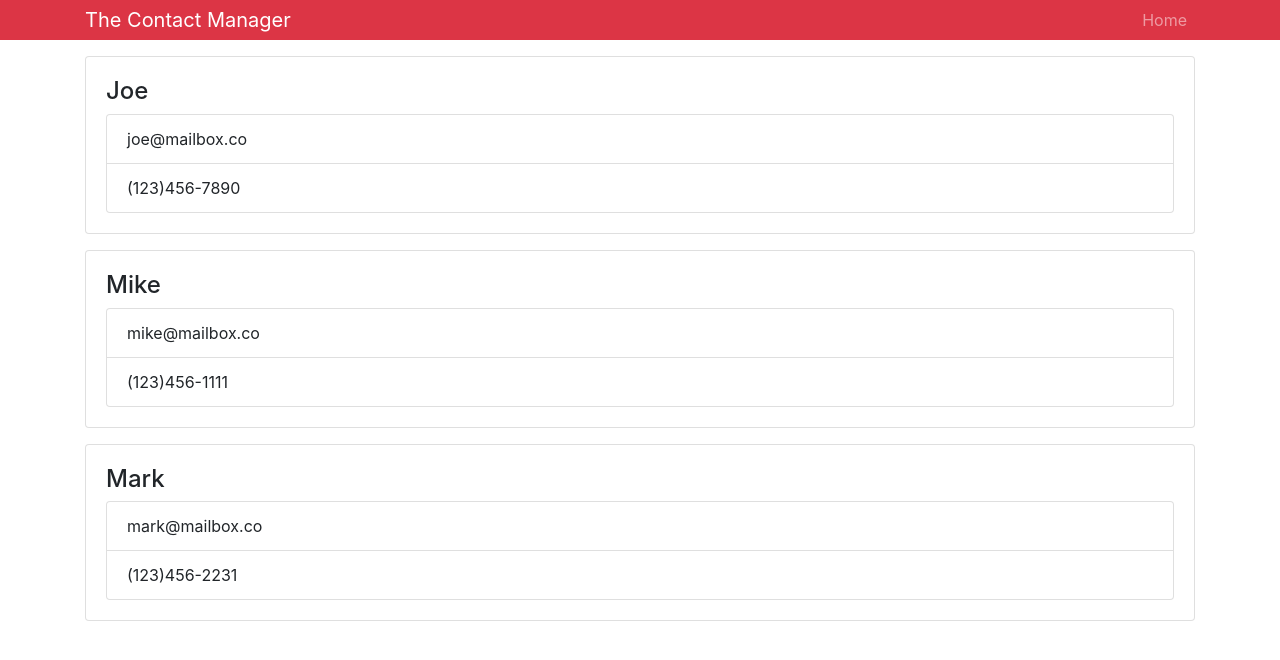
Repository: MikeTroianello/Contact-Manager
Page: /contact/add
These files come from the project's save history. The page is drawn as it stood at one moment and after the next save; the edit follows.
The browser window is 1280 px wide. The pictures show the whole page.
The project was rebuilt for these pictures with package versions that can differ from the ones it lists, and the page was loaded fresh each time. Also part of the build but not shown: src/App.css.

Above is the page before, as saved 2019-05-19 12:27:24.

After the next save:
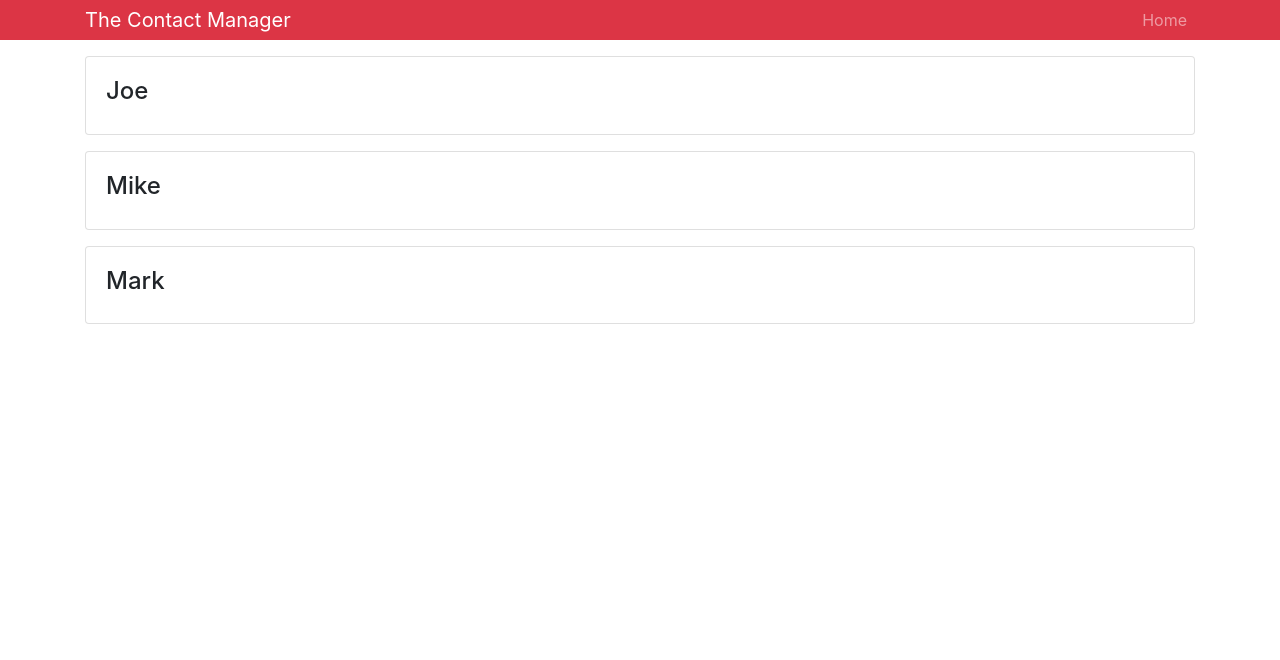
Saved 60 s later.
--- a/src/components/Contact.js
+++ b/src/components/Contact.js
@@ -3,7 +3,7 @@ import PropTypes from "prop-types";
 
 class Contact extends Component {
   state = {
-    showContactInfo: true
+    showContactInfo: false
   };
 
   // onShowClick = e => {
